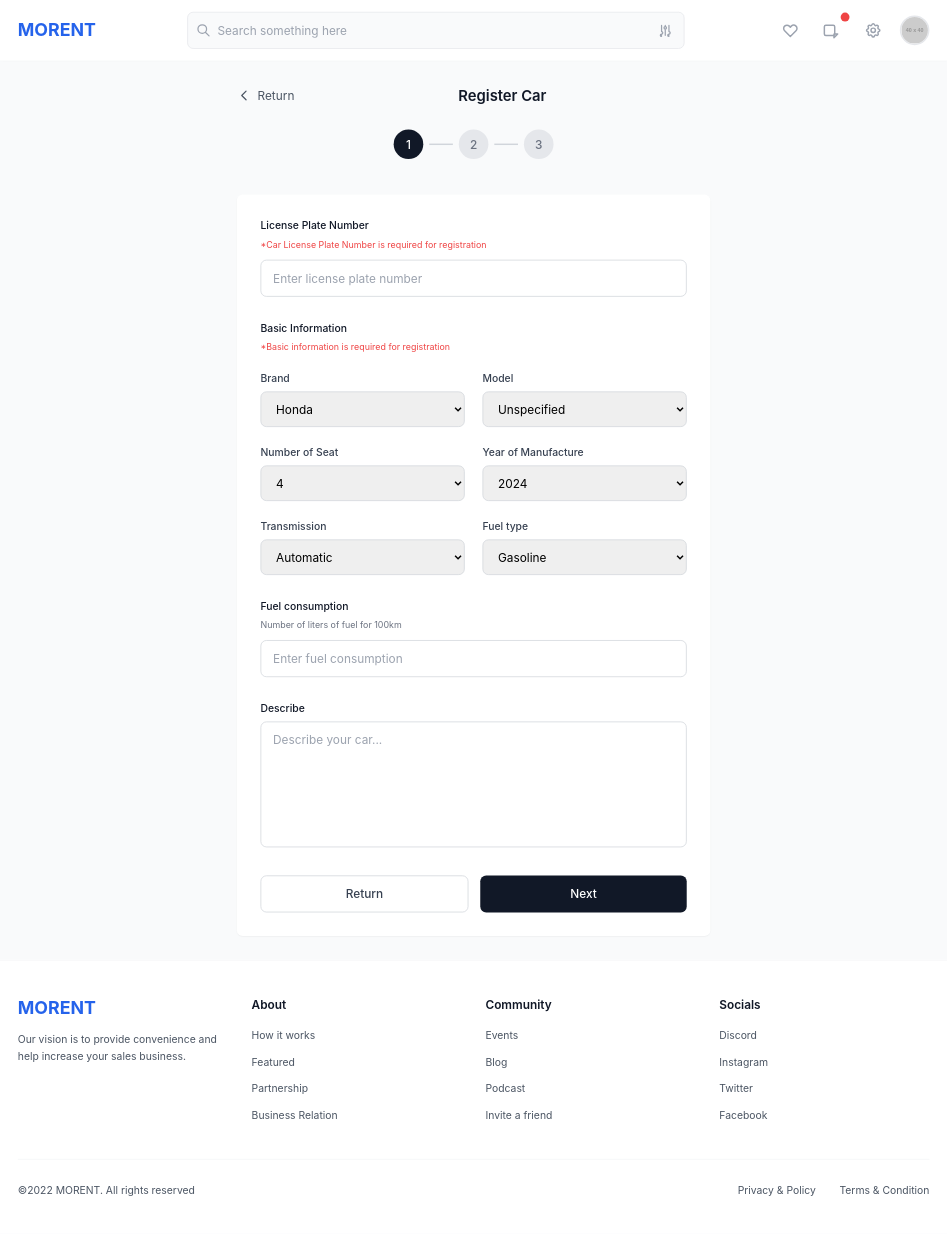
Repository: hhq160325/CRA
Page: /register-car
The author's editor kept a copy of each file at every save. The page is drawn from the files as they stood at one save, then again after the next save.
The browser window is 1280 px wide. The pictures show the whole page, at 74% of full size.
The project was rebuilt for these pictures with package versions that can differ from the ones it lists, and the page was loaded fresh each time. Also part of the build but not shown: src/shared/components/ProtectedRoute.jsx.

Above is the page before, as saved 2025-10-02 12:49:18.

### src/index.css
@tailwind base;
@tailwind components;
@tailwind utilities;

/* Custom styles */
body {
  margin: 0;
  font-family: -apple-system, BlinkMacSystemFont, 'Segoe UI', 'Roboto', 'Oxygen',
    'Ubuntu', 'Cantarell', 'Fira Sans', 'Droid Sans', 'Helvetica Neue',
    sans-serif;
  -webkit-font-smoothing: antialiased;
  -moz-osx-font-smoothing: grayscale;
}

* {
  box-sizing: border-box;
}

### src/routes/AppRouter.jsx
import React from 'react';
import { Routes, Route } from 'react-router-dom';
import { RegisterCar } from '../features/cars';

// Placeholder components - replace with your actual pages
const HomePage = () => (
  <div className="container mx-auto px-6 py-8">
    <h1 className="text-3xl font-bold text-gray-900 mb-4">Welcome to MORENT</h1>
    <p className="text-gray-600">Your car rental platform is ready!</p>
  </div>
);

const AppRouter = () => {
  return (
    <Routes>
      <Route path="/" element={<HomePage />} />
      <Route path="/register-car" element={<RegisterCar />} />
      {/* Add your other routes here */}
    </Routes>
  );
};

export default AppRouter;

### src/shared/components/NavBar.jsx
import React, { useState } from 'react';

const NavBar = () => {
    const [searchQuery, setSearchQuery] = useState('');

    return (
        <nav className="bg-white shadow-sm border-b border-gray-100 px-6 py-4">
            <div className="max-w-7xl mx-auto flex items-center justify-between">
                {/* Logo */}
                <div className="flex items-center">
                    <h1 className="text-2xl font-bold text-blue-600">MORENT</h1>
                </div>

                {/* Search Bar */}
                <div className="flex-1 max-w-2xl mx-8">
                    <div className="relative">
                        <div className="absolute inset-y-0 left-0 pl-3 flex items-center pointer-events-none">
                            <svg className="h-5 w-5 text-gray-400" fill="none" stroke="currentColor" viewBox="0 0 24 24">
                                <path strokeLinecap="round" strokeLinejoin="round" strokeWidth={2} d="M21 21l-6-6m2-5a7 7 0 11-14 0 7 7 0 0114 0z" />
                            </svg>
                        </div>
                        <input
                            type="text"
                            placeholder="Search something here"
                            value={searchQuery}
                            onChange={(e) => setSearchQuery(e.target.value)}
                            className="w-full pl-10 pr-12 py-3 border border-gray-200 rounded-lg focus:outline-none focus:ring-2 focus:ring-blue-500 focus:border-transparent bg-gray-50"
                        />
                        <div className="absolute inset-y-0 right-0 pr-3 flex items-center">
                            <button className="p-1 text-gray-400 hover:text-gray-600">
                                <svg className="h-5 w-5" fill="none" stroke="currentColor" viewBox="0 0 24 24">
                                    <path strokeLinecap="round" strokeLinejoin="round" strokeWidth={2} d="M12 6V4m0 2a2 2 0 100 4m0-4a2 2 0 110 4m-6 8a2 2 0 100-4m0 4a2 2 0 100 4m0-4v2m0-6V4m6 6v10m6-2a2 2 0 100-4m0 4a2 2 0 100 4m0-4v2m0-6V4" />
                                </svg>
                            </button>
                        </div>
                    </div>
                </div>

                {/* Right Side Icons */}
                <div className="flex items-center space-x-4">
                    {/* Heart/Favorites */}
                    <button className="p-2 text-gray-400 hover:text-gray-600 relative">
                        <svg className="h-6 w-6" fill="none" stroke="currentColor" viewBox="0 0 24 24">
                            <path strokeLinecap="round" strokeLinejoin="round" strokeWidth={2} d="M4.318 6.318a4.5 4.5 0 000 6.364L12 20.364l7.682-7.682a4.5 4.5 0 00-6.364-6.364L12 7.636l-1.318-1.318a4.5 4.5 0 00-6.364 0z" />
                        </svg>
                    </button>

                    {/* Notifications */}
                    <button className="p-2 text-gray-400 hover:text-gray-600 relative">
                        <svg className="h-6 w-6" fill="none" stroke="currentColor" viewBox="0 0 24 24">
                            <path strokeLinecap="round" strokeLinejoin="round" strokeWidth={2} d="M15 17h5l-5 5v-5zM4 19h10a2 2 0 002-2V7a2 2 0 00-2-2H4a2 2 0 00-2 2v10a2 2 0 002 2z" />
                        </svg>
                        {/* Notification badge */}
                        <span className="absolute -top-1 -right-1 h-3 w-3 bg-red-500 rounded-full"></span>
                    </button>

                    {/* Settings */}
                    <button className="p-2 text-gray-400 hover:text-gray-600">
                        <svg className="h-6 w-6" fill="none" stroke="currentColor" viewBox="0 0 24 24">
                            <path strokeLinecap="round" strokeLinejoin="round" strokeWidth={2} d="M10.325 4.317c.426-1.756 2.924-1.756 3.35 0a1.724 1.724 0 002.573 1.066c1.543-.94 3.31.826 2.37 2.37a1.724 1.724 0 001.065 2.572c1.756.426 1.756 2.924 0 3.35a1.724 1.724 0 00-1.066 2.573c.94 1.543-.826 3.31-2.37 2.37a1.724 1.724 0 00-2.572 1.065c-.426 1.756-2.924 1.756-3.35 0a1.724 1.724 0 00-2.573-1.066c-1.543.94-3.31-.826-2.37-2.37a1.724 1.724 0 00-1.065-2.572c-1.756-.426-1.756-2.924 0-3.35a1.724 1.724 0 001.066-2.573c-.94-1.543.826-3.31 2.37-2.37.996.608 2.296.07 2.572-1.065z" />
                            <path strokeLinecap="round" strokeLinejoin="round" strokeWidth={2} d="M15 12a3 3 0 11-6 0 3 3 0 016 0z" />
                        </svg>
                    </button>

                    {/* Profile */}
                    <div className="flex items-center">
                        <img
                            src="https://via.placeholder.com/40x40/3B82F6/FFFFFF?text=U"
                            alt="Profile"
                            className="h-10 w-10 rounded-full border-2 border-gray-200"
                        />
                    </div>
                </div>
            </div>
        </nav>
    );
};

export default NavBar;

### src/features/cars/RegisterCar.jsx
import React, { useState } from 'react';

const RegisterCar = () => {
    const [formData, setFormData] = useState({
        licensePlate: '',
        brand: 'Honda',
        model: 'Unspecified',
        numberOfSeats: '4',
        yearOfManufacture: '2024',
        transmission: 'Automatic',
        fuelType: 'Gasoline',
        fuelConsumption: '',
        description: ''
    });

    const handleInputChange = (e) => {
        const { name, value } = e.target;
        setFormData(prev => ({
            ...prev,
            [name]: value
        }));
    };

    const handleReturn = () => {
        // TODO: Implement navigation to previous page
        console.log('Return button clicked - implement later');
    };

    const handleNext = () => {
        // TODO: Navigate to next page (design to be provided later)
        console.log('Next button clicked - next page design to be provided');
    };

    return (
        <div className="min-h-screen bg-gray-50 py-8">
            <div className="max-w-2xl mx-auto px-4">
                {/* Header */}
                <div className="flex items-center justify-between mb-8">
                    <button
                        onClick={handleReturn}
                        className="flex items-center text-gray-600 hover:text-gray-800"
                    >
                        <svg className="w-5 h-5 mr-2" fill="none" stroke="currentColor" viewBox="0 0 24 24">
                            <path strokeLinecap="round" strokeLinejoin="round" strokeWidth={2} d="M15 19l-7-7 7-7" />
                        </svg>
                        Return
                    </button>
                    <h1 className="text-xl font-semibold text-gray-900">Register Car</h1>
                    <div></div> {/* Spacer for centering */}
                </div>

                {/* Progress Steps */}
                <div className="flex items-center justify-center mb-12">
                    <div className="flex items-center">
                        <div className="w-10 h-10 bg-gray-900 text-white rounded-full flex items-center justify-center font-medium">
                            1
                        </div>
                        <div className="w-8 h-0.5 bg-gray-300 mx-2"></div>
                        <div className="w-10 h-10 bg-gray-200 text-gray-500 rounded-full flex items-center justify-center font-medium">
                            2
                        </div>
                        <div className="w-8 h-0.5 bg-gray-300 mx-2"></div>
                        <div className="w-10 h-10 bg-gray-200 text-gray-500 rounded-full flex items-center justify-center font-medium">
                            3
                        </div>
                    </div>
                </div>

                {/* Form */}
                <div className="bg-white rounded-lg shadow-sm p-8">
                    {/* License Plate Number */}
                    <div className="mb-8">
                        <label className="block text-sm font-medium text-gray-900 mb-2">
                            License Plate Number
                        </label>
                        <p className="text-xs text-red-500 mb-3">
                            *Car License Plate Number is required for registration
                        </p>
                        <input
                            type="text"
                            name="licensePlate"
                            value={formData.licensePlate}
                            onChange={handleInputChange}
                            className="w-full px-4 py-3 border border-gray-300 rounded-lg focus:ring-2 focus:ring-blue-500 focus:border-transparent"
                            placeholder="Enter license plate number"
                        />
                    </div>

                    {/* Basic Information */}
                    <div className="mb-8">
                        <h3 className="text-sm font-medium text-gray-900 mb-2">Basic Information</h3>
                        <p className="text-xs text-red-500 mb-6">
                            *Basic information is required for registration
                        </p>

                        <div className="grid grid-cols-2 gap-6 mb-6">
                            {/* Brand */}
                            <div>
                                <label className="block text-sm font-medium text-gray-700 mb-2">Brand</label>
                                <select
                                    name="brand"
                                    value={formData.brand}
                                    onChange={handleInputChange}
                                    className="w-full px-4 py-3 border border-gray-300 rounded-lg focus:ring-2 focus:ring-blue-500 focus:border-transparent"
                                >
                                    <option value="Honda">Honda</option>
                                    <option value="Toyota">Toyota</option>
                                    <option value="BMW">BMW</option>
                                    <option value="Mercedes">Mercedes</option>
                                    <option value="Audi">Audi</option>
                                </select>
                            </div>

                            {/* Model */}
                            <div>
                                <label className="block text-sm font-medium text-gray-700 mb-2">Model</label>
                                <select
                                    name="model"
                                    value={formData.model}
                                    onChange={handleInputChange}
                                    className="w-full px-4 py-3 border border-gray-300 rounded-lg focus:ring-2 focus:ring-blue-500 focus:border-transparent"
                                >
                                    <option value="Unspecified">Unspecified</option>
                                    <option value="Civic">Civic</option>
                                    <option value="Accord">Accord</option>
                                    <option value="CR-V">CR-V</option>
                                </select>
                            </div>
                        </div>

                        <div className="grid grid-cols-2 gap-6 mb-6">
                            {/* Number of Seats */}
                            <div>
                                <label className="block text-sm font-medium text-gray-700 mb-2">Number of Seat</label>
                                <select
                                    name="numberOfSeats"
                                    value={formData.numberOfSeats}
                                    onChange={handleInputChange}
                                    className="w-full px-4 py-3 border border-gray-300 rounded-lg focus:ring-2 focus:ring-blue-500 focus:border-transparent"
                                >
                                    <option value="2">2</option>
                                    <option value="4">4</option>
                                    <option value="5">5</option>
                                    <option value="7">7</option>
                                    <option value="8">8</option>
                                </select>
                            </div>

                            {/* Year of Manufacture */}
                            <div>
                                <label className="block text-sm font-medium text-gray-700 mb-2">Year of Manufacture</label>
                                <select
                                    name="yearOfManufacture"
                                    value={formData.yearOfManufacture}
                                    onChange={handleInputChange}
                                    className="w-full px-4 py-3 border border-gray-300 rounded-lg focus:ring-2 focus:ring-blue-500 focus:border-transparent"
                                >
                                    <option value="2024">2024</option>
                                    <option value="2023">2023</option>
                                    <option value="2022">2022</option>
                                    <option value="2021">2021</option>
                                    <option value="2020">2020</option>
                                </select>
                            </div>
                        </div>

                        <div className="grid grid-cols-2 gap-6">
                            {/* Transmission */}
                            <div>
                                <label className="block text-sm font-medium text-gray-700 mb-2">Transmission</label>
                                <select
                                    name="transmission"
                                    value={formData.transmission}
                                    onChange={handleInputChange}
                                    className="w-full px-4 py-3 border border-gray-300 rounded-lg focus:ring-2 focus:ring-blue-500 focus:border-transparent"
                                >
                                    <option value="Automatic">Automatic</option>
                                    <option value="Manual">Manual</option>
                                </select>
                            </div>

                            {/* Fuel Type */}
                            <div>
                                <label className="block text-sm font-medium text-gray-700 mb-2">Fuel type</label>
                                <select
                                    name="fuelType"
                                    value={formData.fuelType}
                                    onChange={handleInputChange}
                                    className="w-full px-4 py-3 border border-gray-300 rounded-lg focus:ring-2 focus:ring-blue-500 focus:border-transparent"
                                >
                                    <option value="Gasoline">Gasoline</option>
                                    <option value="Diesel">Diesel</option>
                                    <option value="Electric">Electric</option>
                                    <option value="Hybrid">Hybrid</option>
                                </select>
                            </div>
                        </div>
                    </div>

                    {/* Fuel Consumption */}
                    <div className="mb-8">
                        <label className="block text-sm font-medium text-gray-900 mb-2">
                            Fuel consumption
                        </label>
                        <p className="text-xs text-gray-500 mb-3">
                            Number of liters of fuel for 100km
                        </p>
                        <input
                            type="number"
                            name="fuelConsumption"
                            value={formData.fuelConsumption}
                            onChange={handleInputChange}
                            className="w-full px-4 py-3 border border-gray-300 rounded-lg focus:ring-2 focus:ring-blue-500 focus:border-transparent"
                            placeholder="Enter fuel consumption"
                            step="0.1"
                        />
                    </div>

                    {/* Description */}
                    <div className="mb-8">
                        <label className="block text-sm font-medium text-gray-900 mb-2">
                            Describe
                        </label>
                        <textarea
                            name="description"
                            value={formData.description}
                            onChange={handleInputChange}
                            rows={6}
                            className="w-full px-4 py-3 border border-gray-300 rounded-lg focus:ring-2 focus:ring-blue-500 focus:border-transparent resize-none"
                            placeholder="Describe your car..."
                        />
                    </div>

                    {/* Action Buttons */}
                    <div className="flex gap-4">
                        <button
                            onClick={handleReturn}
                            className="flex-1 px-6 py-3 border border-gray-300 text-gray-700 rounded-lg hover:bg-gray-50 font-medium"
                        >
                            Return
                        </button>
                        <button
                            onClick={handleNext}
                            className="flex-1 px-6 py-3 bg-gray-900 text-white rounded-lg hover:bg-gray-800 font-medium"
                        >
                            Next
                        </button>
                    </div>
                </div>
            </div>
        </div>
    );
};

export default RegisterCar;

Loaded but not shown: src/index.js (common file); src/features/auth/authSlice.js (244 lines, source omitted); src/features/auth/utils.js (128 lines, source omitted); src/features/auth/authService.js (124 lines, source omitted); src/shared/utils/common.js (110 lines, source omitted); src/shared/constants/index.js (63 lines, source omitted); src/features/auth/api.js (19 lines, source omitted); src/App.js (24 lines, source omitted); tailwind.config.js (19 lines, source omitted); src/shared/index.js (6 lines, source omitted); src/app/store.js (10 lines, source omitted); src/features/cars/index.js (1 lines, source omitted); src/shared/components/Footer.jsx (118 lines, source omitted)

After the next save:
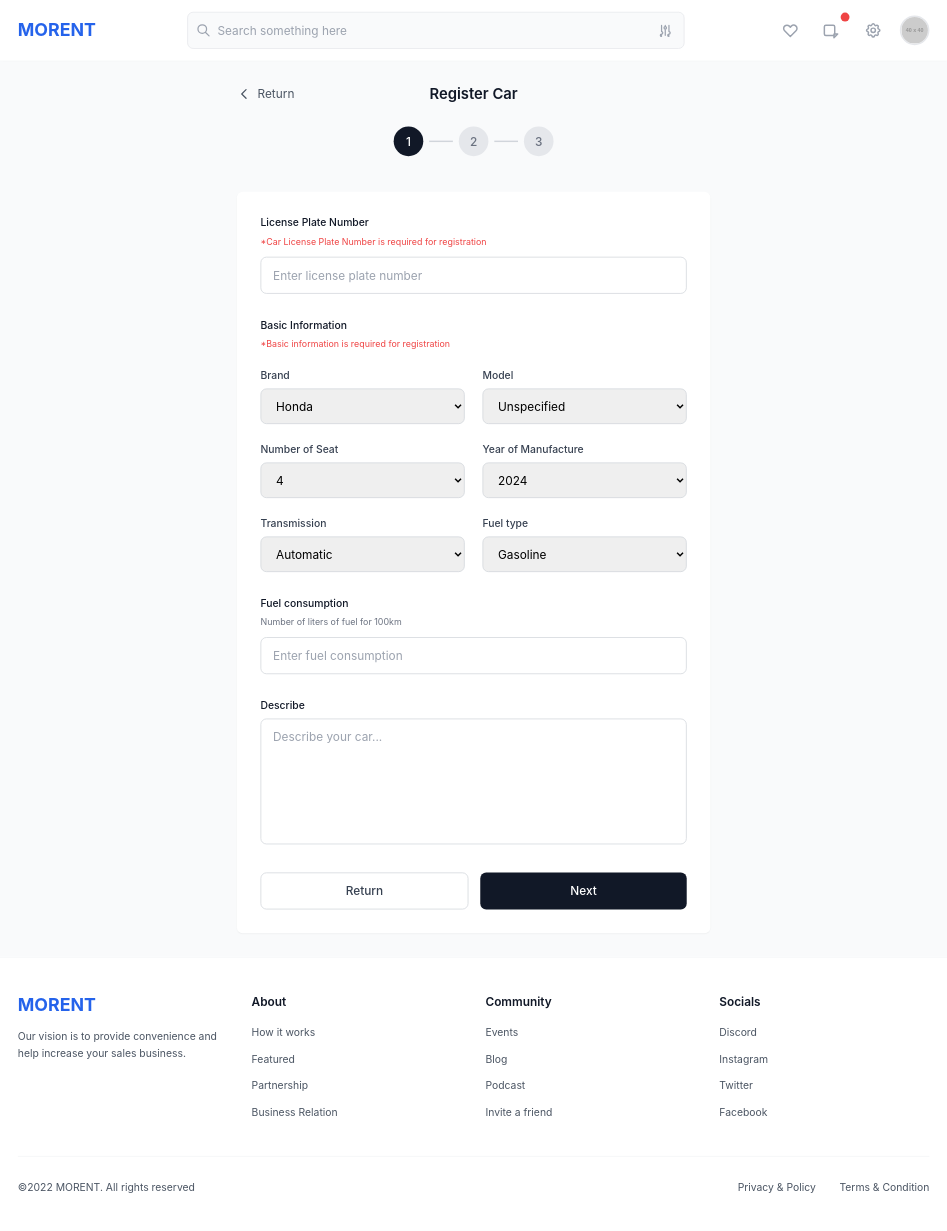
Saved 6 min 3 s later.
--- a/src/features/cars/RegisterCar.jsx
+++ b/src/features/cars/RegisterCar.jsx
@@ -35,7 +35,7 @@ const RegisterCar = () => {
         <div className="min-h-screen bg-gray-50 py-8">
             <div className="max-w-2xl mx-auto px-4">
                 {/* Header */}
-                <div className="flex items-center justify-between mb-8">
+                <div className="relative flex items-center mb-8">
                     <button
                         onClick={handleReturn}
                         className="flex items-center text-gray-600 hover:text-gray-800"
@@ -45,8 +45,7 @@ const RegisterCar = () => {
                         </svg>
                         Return
                     </button>
-                    <h1 className="text-xl font-semibold text-gray-900">Register Car</h1>
-                    <div></div> {/* Spacer for centering */}
+                    <h1 className="absolute left-1/2 transform -translate-x-1/2 text-xl font-semibold text-gray-900">Register Car</h1>
                 </div>
 
                 {/* Progress Steps */}
